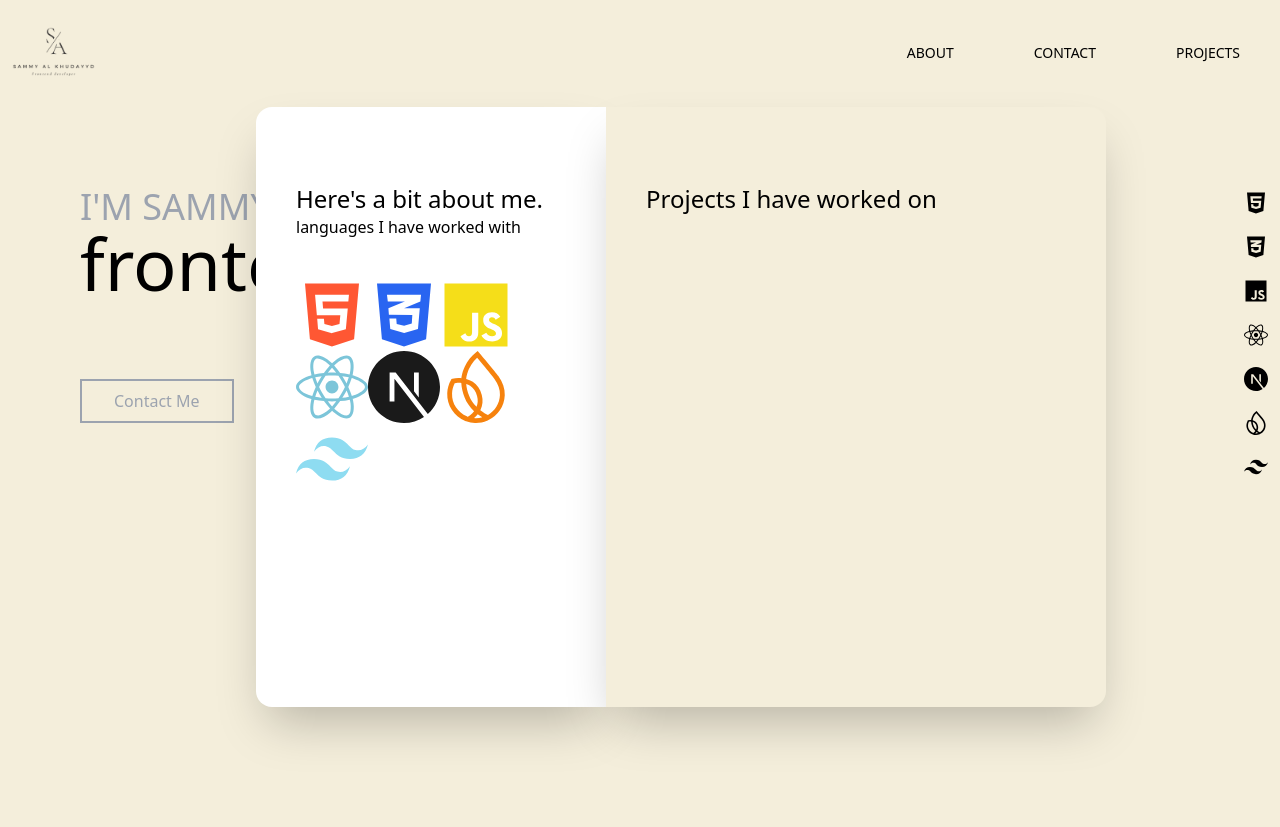
Repository: Al123Kudayyd/myportfolio
Page: /
These files come from the project's save history. The page is drawn as it stood at one moment and after a run of saves; the edit follows.
The browser window is 1280 px wide. The pictures show the whole page.
The project was rebuilt for these pictures with package versions that can differ from the ones it lists, and the page was loaded fresh each time. Also part of the build but not shown: src/components/model.js.

Above is the page before, as saved 2024-02-21 14:11:17.

### src/App.js
import Main from './components/Main';
import Nav from './components/Nav';
import Model from './components/Model'


function App() {
  return (
    <div className=" ">
      <Nav />
      <Main />

    </div>
  );
}

export default App;

### src/components/Main.jsx
import React, { useState } from 'react'
import Model from './Model'
import { LiaTimesSolid } from "react-icons/lia";
import { FaHtml5, FaReact } from "react-icons/fa";
import { FaCss3Alt } from "react-icons/fa6";
import { IoLogoJavascript } from "react-icons/io5";
import { SiNextdotjs } from "react-icons/si";
import { SiFirebase } from "react-icons/si";
import { SiTailwindcss } from "react-icons/si";
import Projects from './Projects';


function Main() {
    const [openModal, setOpenModal] = useState(false)
  return (
    <div className='relative'>
    <div className='bg-[#f4eedb] relative h-screen'>
        <div className='-z-10 pl-20 pt-20 '>
            <h1 className=''><span className='text-gray-400 font-extralight text-4xl'>I'M SAMMY AND I'M A</span>
            <br /><span className='text-7xl'>frontend developer.</span></h1>
            <button className='mt-20 border-gray-400 border-2 text-gray-400 py-2 px-8 hover:bg-gray-400 hover:text-[#f4eedb]
            transition-all duration-300'
            onClick={() => setOpenModal(true)}>
                Contact Me</button>
        </div>

    </div>
    {
        openModal && <Model btn={<LiaTimesSolid onClick={() => setOpenModal(false)} />} />
    }
    <div className='absolute top-[10%] right-0 text-2xl space-y-5 m-3'>
            <FaHtml5 />
            <FaCss3Alt />
            <IoLogoJavascript />
            <FaReact />
            <SiNextdotjs />
            <SiFirebase />
            <SiTailwindcss />
        </div>
        <Projects className='' />
    </div>
  )
}

export default Main

### src/components/Nav.jsx
import React from 'react'
import logo from '../assets/logo.png'
import { LiaBarsSolid } from "react-icons/lia";

function Nav({ }) {
  return (
    <div className='bg-[#f4eedb] relative'>
        <div className='flex justify-between items-center'>
            <img src={logo} className="w-[20%] md:w-1/12 " />
            <LiaBarsSolid className='sm:hidden text-3xl mr-5 hover:text-gray-400 cursor-pointer active:scale-[.85] transition-all duration-300' />
            <ul className='hidden sm:flex font-extralight text-sm '>
                <li className='px-10 cursor-pointer hover:text-gray-400 transition-all duration-300'>ABOUT</li>
                <li className='px-10 cursor-pointer hover:text-gray-400 transition-all duration-300'>CONTACT</li>
                <li className='px-10 cursor-pointer hover:text-gray-400 transition-all duration-300'>PROJECTS</li>
            </ul>
        </div>



    </div>
  )
}

export default Nav

### src/components/Projects.jsx
import React from 'react'
import { FaHtml5, FaReact } from "react-icons/fa";
import { FaCss3Alt } from "react-icons/fa6";
import { IoLogoJavascript } from "react-icons/io5";
import { SiNextdotjs } from "react-icons/si";
import { SiFirebase } from "react-icons/si";
import { SiTailwindcss } from "react-icons/si";

function Projects() {
  return (
    <div className='absolute top-0 left-[20%]'>
        <div className='flex justify-center items-center'>
            <div className='shadow-2xl bg-white w-[350px] h-[600px] rounded-l-2xl'>
                <div className='px-[40px] py-[76px]'>
                    <h1 className='text-2xl'>Here's a bit about me.</h1>
                    <h3 className='text-md '>languages I have worked with</h3>
                    <div className='flex flex-wrap my-10 text-7xl '>
                        <FaHtml5 className='text-[#FF5733] ' />
                        <FaCss3Alt className='text-[#2965F1]' />
                        <IoLogoJavascript className='text-[#F5DE19]' />
                        <FaReact className='text-[#7CC5D9]' />
                        <SiNextdotjs className='text-[#1a1a1a]' />
                        <SiFirebase className='text-[#F6820D]' />
                        <SiTailwindcss className='text-[#8edcf1]' />
                    </div>
                </div>

            </div>
            <div className='shadow-2xl bg-[#f4eedb] w-[500px] h-[600px] rounded-r-2xl '>
                <div className='px-[40px] py-[76px]'>
                    <h1 className='text-2xl'>Projects I have worked on</h1>
                </div>

            </div>
        </div>
    </div>
  )
}

export default Projects

### tailwind.config.js
/** @type {import('tailwindcss').Config} */
module.exports = {
  content: [
    "./src/components/Nav.{js,jsx,ts,tsx}",
    "./src/components/Main.{js,jsx,ts,tsx}",
    "./src/components/App.{js,jsx,ts,tsx}",
    "./src/components/Model.{js,jsx,ts,tsx}",
    "./src/components/Projects.{js,jsx,ts,tsx}"
  ],
  theme: {
    extend: {},
  },
  plugins: [],
}

Loaded but not shown: public/index.html (common file); src/index.js (common file); src/index.css (common file); src/reportWebVitals.js (common file)

After the next 2 saves:
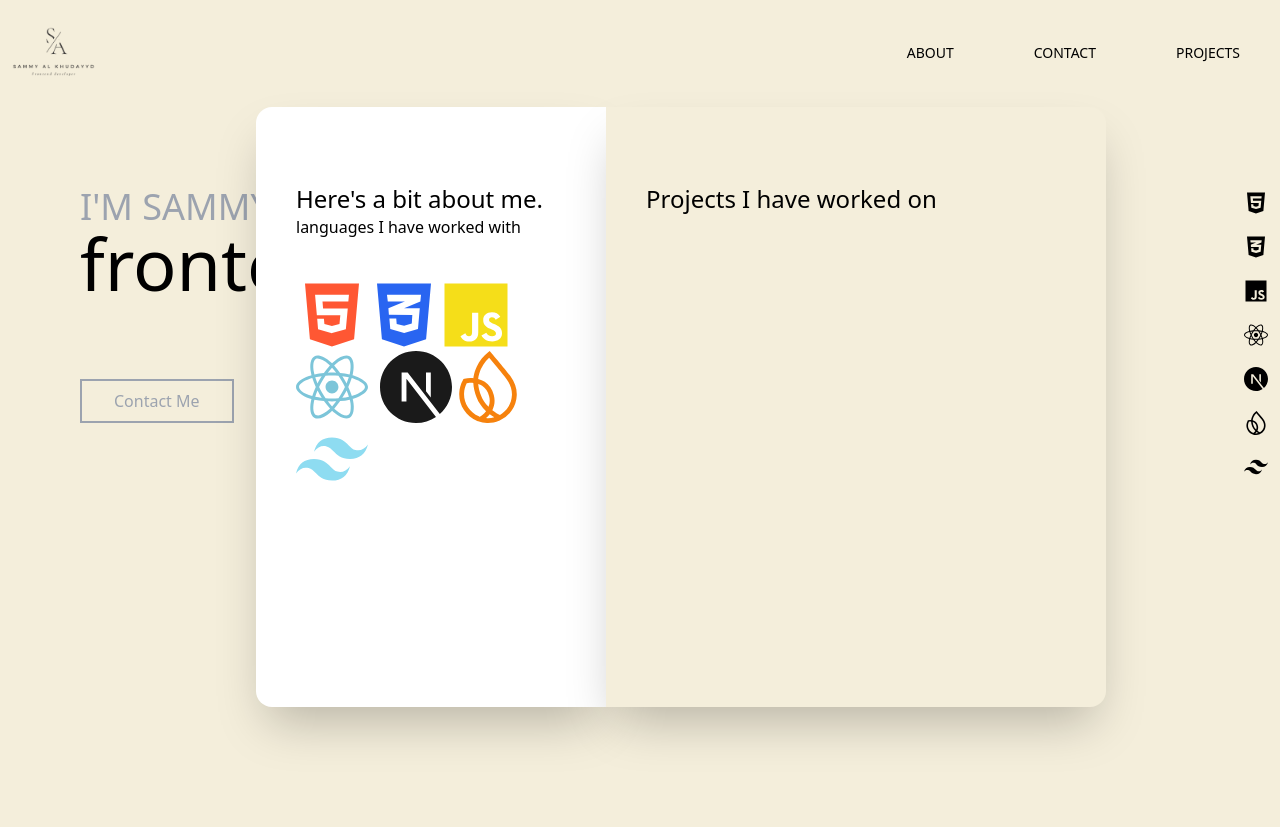
The 2 saves are shown as one change because they came seconds apart.
The last was saved 17 s later.
--- a/src/components/Projects.jsx
+++ b/src/components/Projects.jsx
@@ -18,7 +18,7 @@ function Projects() {
                         <FaHtml5 className='text-[#FF5733] ' />
                         <FaCss3Alt className='text-[#2965F1]' />
                         <IoLogoJavascript className='text-[#F5DE19]' />
-                        <FaReact className='text-[#7CC5D9]' />
+                        <FaReact className='text-[#7CC5D9] mr-3' />
                         <SiNextdotjs className='text-[#1a1a1a]' />
                         <SiFirebase className='text-[#F6820D]' />
                         <SiTailwindcss className='text-[#8edcf1]' />
